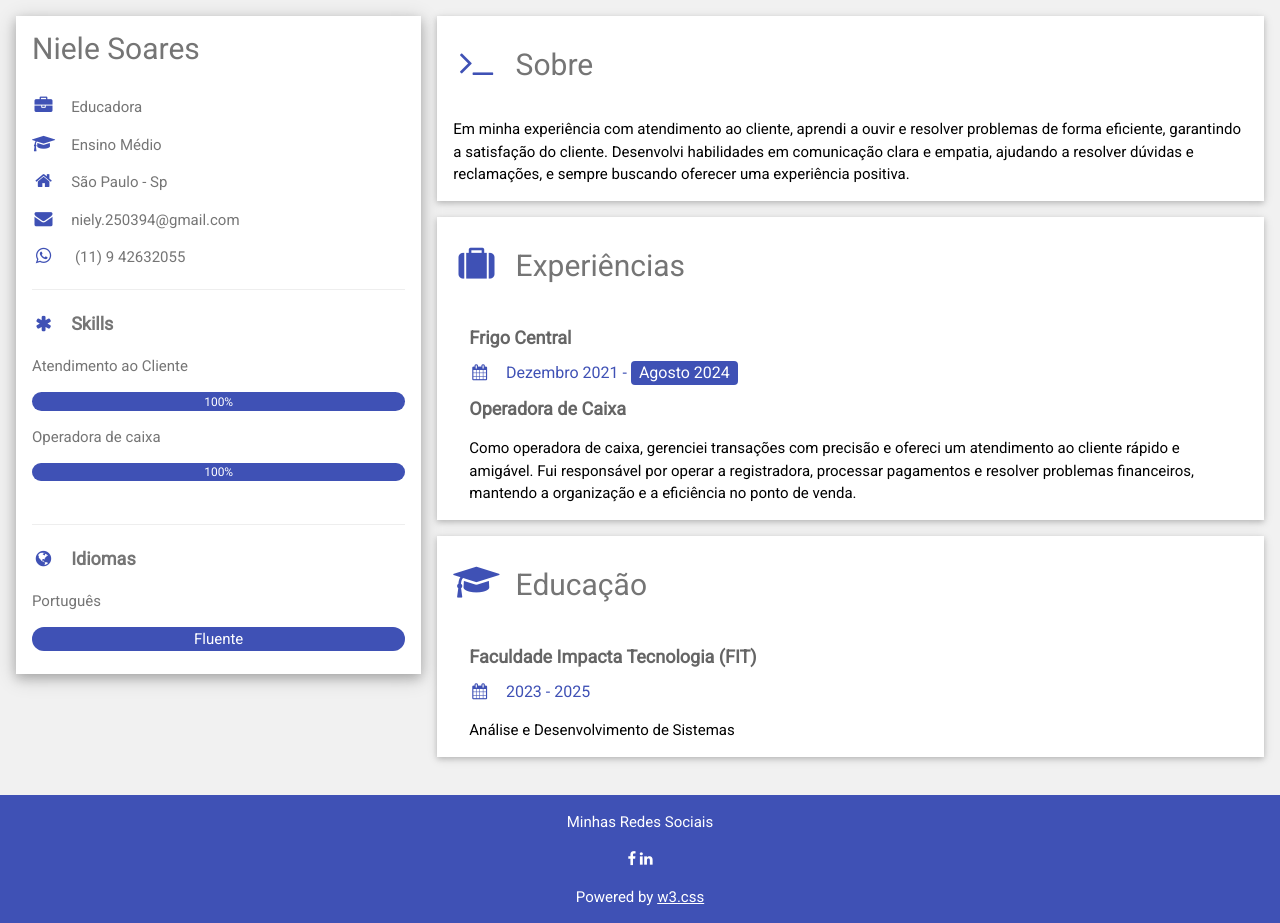
Repository: gustavotwist/cv2
Page: index.html
An editor plug-in stored every save of this project. The page is shown before and after a run of saves, followed by the edit.
The browser window is 1280 px wide. The pictures show the whole page.

Above is the page before, as saved 2024-08-23 18:10:26.

After the next 2 saves:
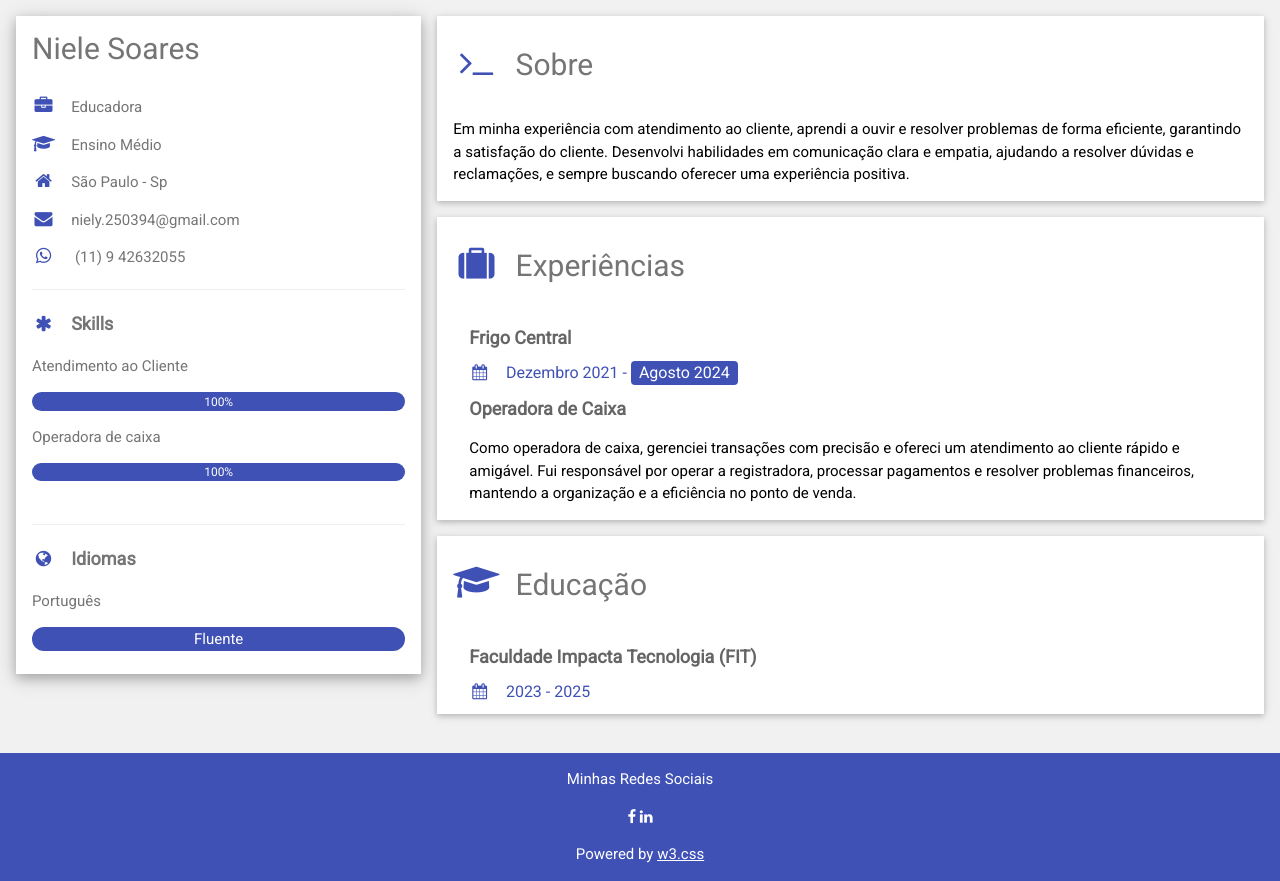
The 2 saves are shown as one change because they came seconds apart.
The last was saved 74 s later.
--- a/index.html
+++ b/index.html
@@ -100,7 +100,6 @@
             <div class="w3-container">
               <h5 class="w3-opacity"><b>Faculdade Impacta Tecnologia (FIT)</b></h5>
               <h6 class="w3-text-indigo"><i class="fa fa-calendar fa-fw w3-margin-right"></i>2023 - 2025</h6>
-              <p>Análise e Desenvolvimento de Sistemas</p>
             </div>
           </div><br>
 
